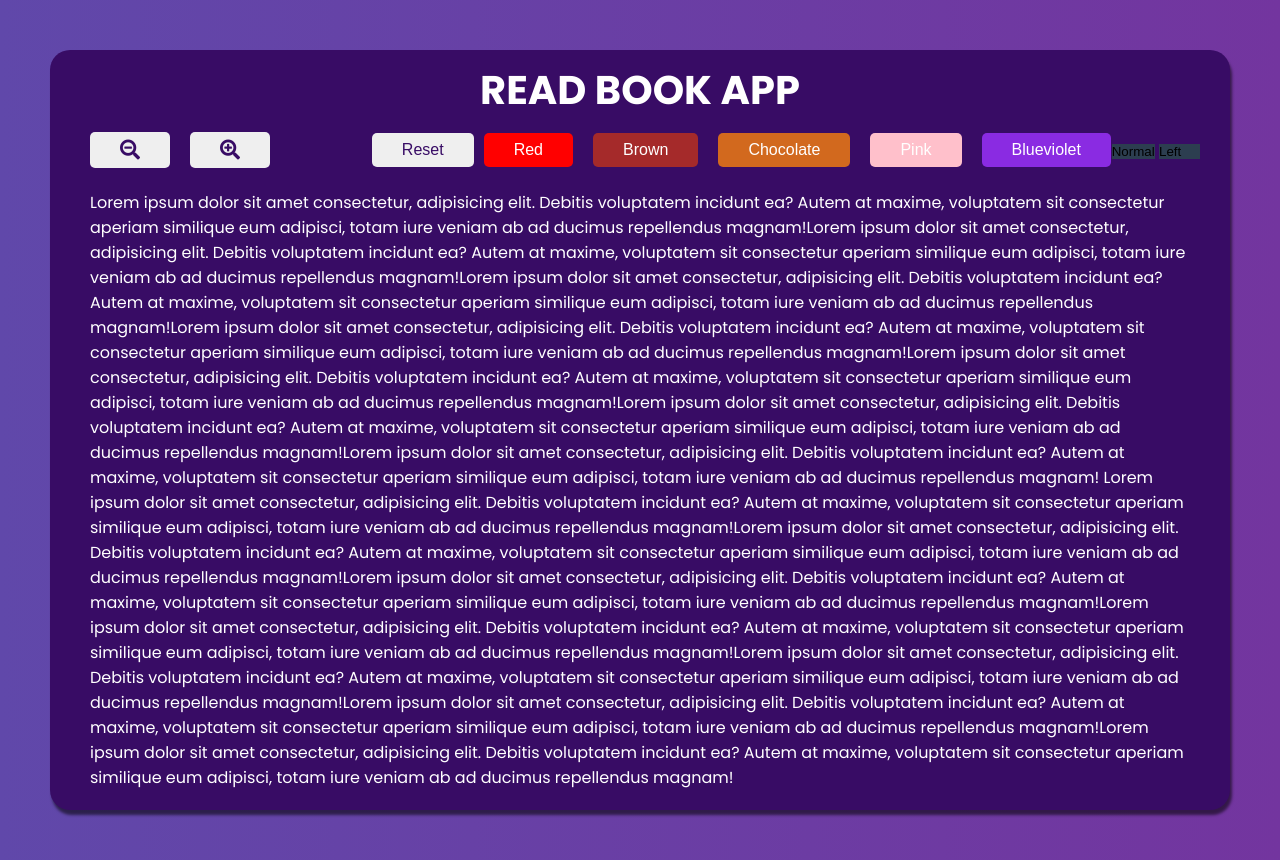
Repository: dinhconglam2306/frontend_tu_xa
Page: b09/02-reading-info/index.html
These files come from the project's save history. The page is drawn as it stood at one moment and after the next save; the edit follows.
The browser window is 1280 px wide. The pictures show the whole page.
Some web libraries are served in a nearby version. The style sheet was rebuilt from its Sass, Less or Tailwind sources for each picture, by a compiler version that may differ from the author's.

Above is the page before, as saved 2021-04-25 07:27:25.

After the next save:
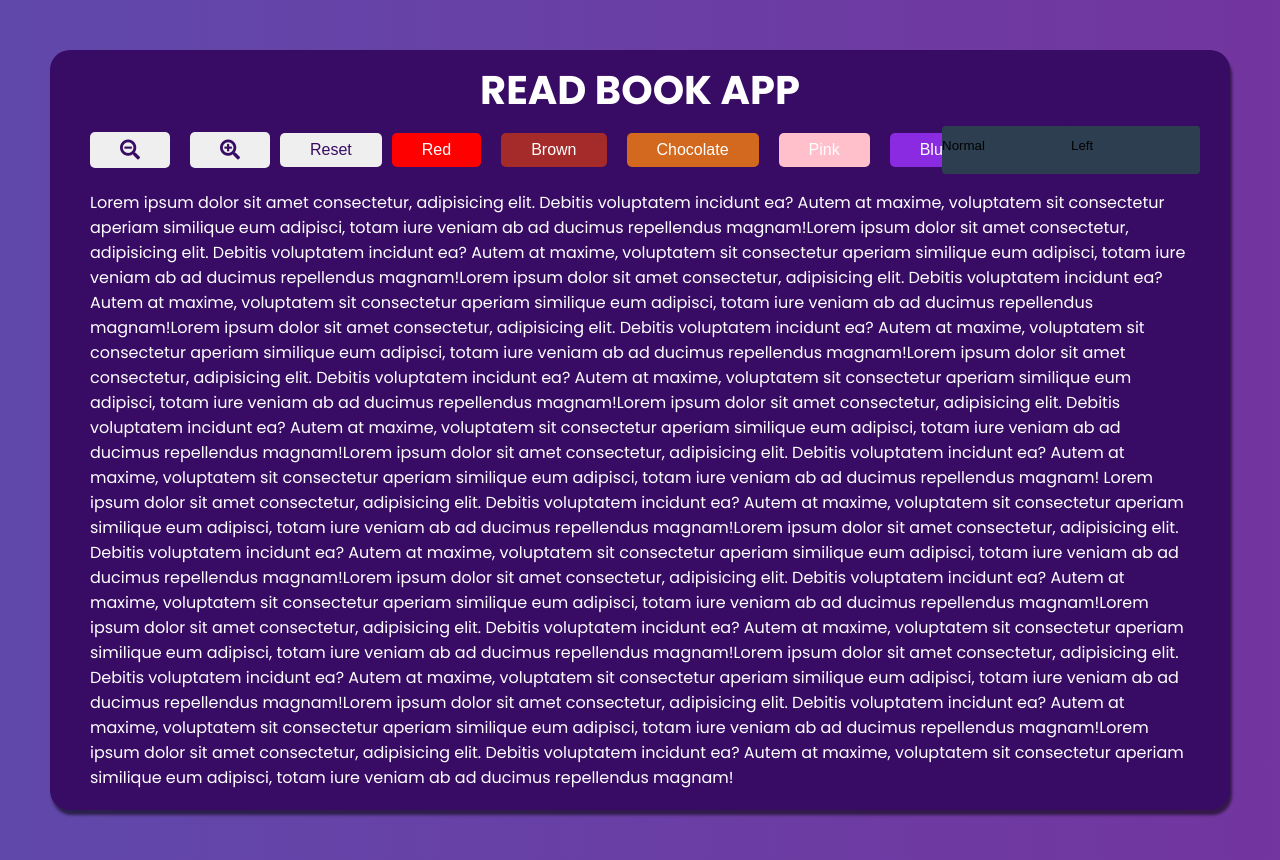
Saved 44 s later.
--- a/b09/02-reading-info/style.scss
+++ b/b09/02-reading-info/style.scss
@@ -52,6 +52,16 @@ a {
 img {
   display: block;
   max-width: 100%;
+}
+.select {
+  position: relative;
+  display: flex;
+  width: 20em;
+  height: 3em;
+  line-height: 3;
+  background: #2c3e50;
+  overflow: hidden;
+  border-radius: 0.25em;
 }
 .app {
   display: flex;
